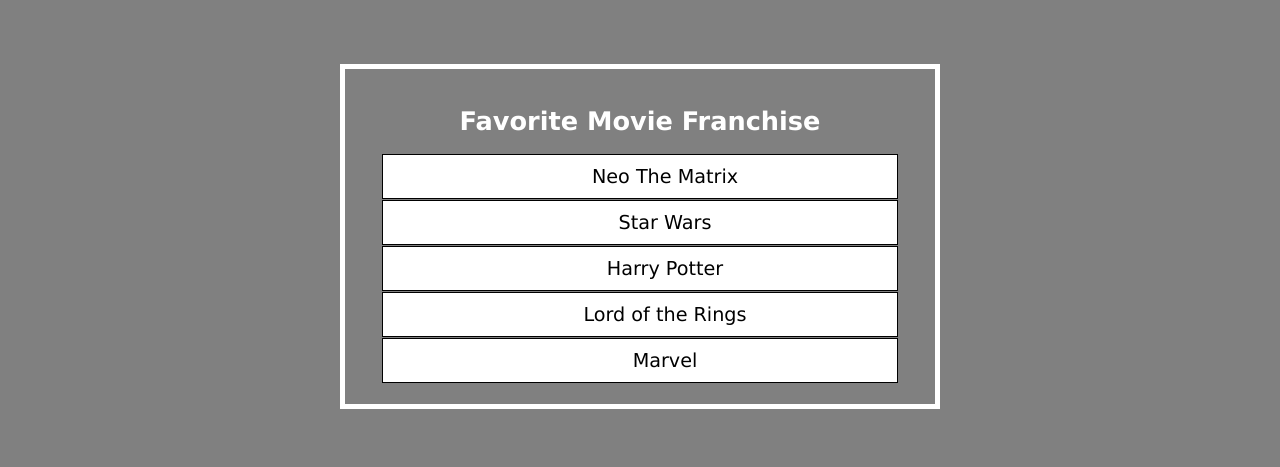
Repository: wakoya-tech/react-project
Page: Desktop/shaakala/jaal/index.html
These files come from the project's save history. The page is drawn as it stood at one moment and after the next save; the edit follows.
The browser window is 1280 px wide. The pictures show the whole page.

Above is the page before, as saved 2025-08-26 18:30:13.

### Desktop/shaakala/jaal/index.html
<!DOCTYPE html>
<html lang="en">
<head>
  <meta charset="UTF-8">
  <meta name="viewport" content="width=device-width, initial-scale=1.0">
  <title>Responsive Box Example</title>
  <style>
    * {
      box-sizing: border-box;
    }

    body {
      font-family: Verdana, Geneva, Tahoma, sans-serif;
      background: gray;
      margin: 0;
    }

    .container {
      display: flex;
      flex-direction: column;
      justify-content: center;
      align-items: center;
      border: 5px solid white;
      padding: 20px;
      margin: 5% auto;
      width: 80%;
      max-width: 600px;
    }

    ul {
      list-style: none;
      padding: 0;
      margin: 0;
    }

    #main-heading {
      font-size: clamp(18px, 2vw, 32px);
      color: white;
    }

    .list-items {
        display: block;
      font-size: clamp(16px, 1.5vw, 24px);
      border: 1px solid black;
      /*padding: 5px 200px;*/
      width: 100%;
      padding: 10px 150px 10px 200px ;
      background-color: white;
     text-align: center;
      margin: 1px 0;
      overflow: hidden;

    }
  </style>
</head>
<body>
  <div class="container">
    <h1 id="main-heading">Favorite Movie Franchise</h1>
    <ul>
      <li class="list-items">
        <span>Neo </span>The Matrix</li>
      <li class="list-items">Star Wars</li>
      <li class="list-items">Harry Potter</li>
      <li class="list-items">Lord of the Rings</li>
      <li class="list-items">Marvel</li>
    </ul>
  </div>
  <script src="../jaal/script.js"></script>
</body>
</html>

### Desktop/shaakala/jaal/script.js
/*const title = document.querySelector('#main-heading');
title.style.color = 'red';
console.log(title);
const listitems = document.querySelectorAll('.list-items');
for(i=0; i < listitems.length; i++)
{
  listitems[i].style.fontSize = '1rem';
}

console.log(listitems);*/
const ul = document.querySelector('ul');
const li= document.createElement('li');
ul.append(li)

const firstListitems = document.querySelector('.list-items');
console.log(firstListitems.innerText);
console.log(firstListitems.textContent);
console.log(firstListitems.innerHTML);

After the next save:
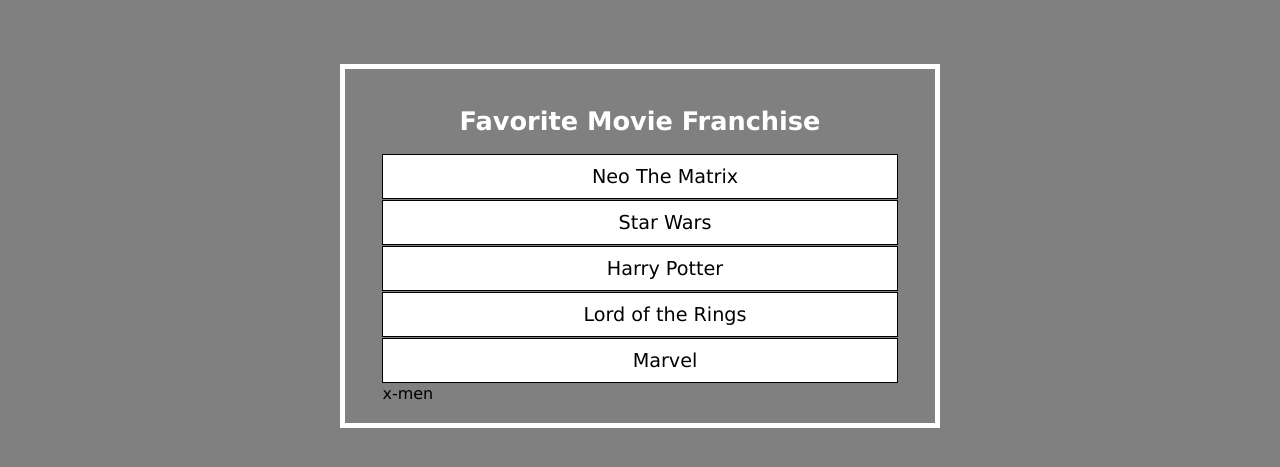
Saved 2 min 57 s later.
--- a/Desktop/shaakala/jaal/script.js
+++ b/Desktop/shaakala/jaal/script.js
@@ -16,3 +16,4 @@
 console.log(firstListitems.innerText);
 console.log(firstListitems.textContent);
 console.log(firstListitems.innerHTML);
+li.innerText = 'x-men';
